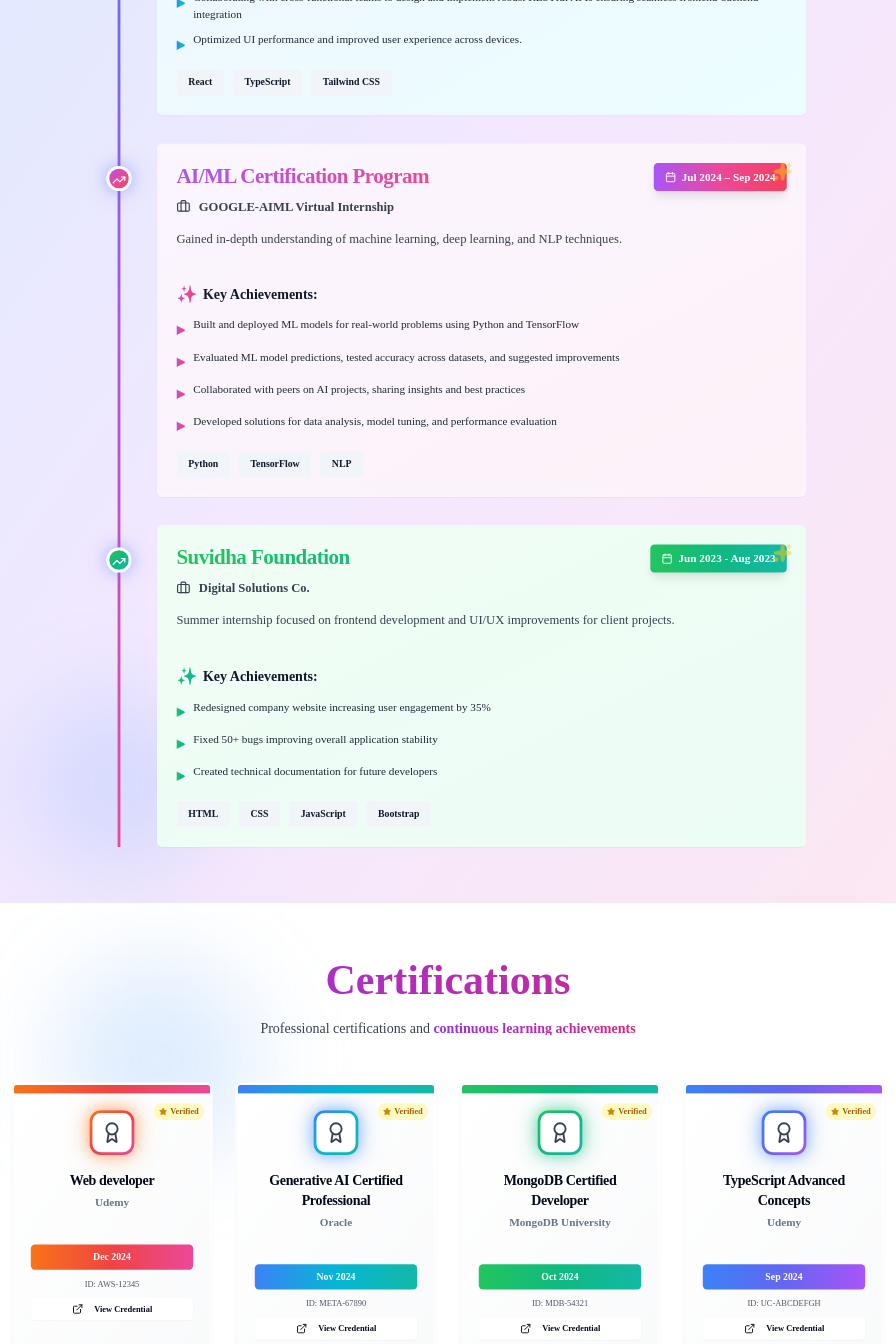
Repository: sm6746/PORTFOLIO
Page: /
The author's editor kept a copy of each file at every save. The page is drawn from the files as they stood at one save, then again after the next save.
The browser window is 1280 px wide. The pictures show the part of the page from y = 4580 to 6500 px (the page is 8357 px tall before and 8308 px after), at 70% of full size.
The project was rebuilt for these pictures with package versions that can differ from the ones it lists, and the page was loaded fresh each time. Also part of the build but not shown: vite.config.ts.

Above is the page before, as saved 2025-11-07 12:13:51.

### index.html
<!DOCTYPE html>
<html lang="en">
  <head>
    <meta charset="UTF-8" />
    <link rel="icon" type="image/svg+xml" href="/favicon.svg" />
    <meta name="viewport" content="width=device-width, initial-scale=1.0" />
    <title>Portfolio</title>
  </head>
  <body>
    <div id="root"></div>
    <script type="module" src="/app/main.tsx"></script>
  </body>
</html>

### app/main.tsx
import React from 'react'
import ReactDOM from 'react-dom/client'
import App from './app'
import './globals.css'

ReactDOM.createRoot(document.getElementById('root')!).render(
  <React.StrictMode>
    <App />
  </React.StrictMode>,
)

### app/app.tsx
import { ThemeProvider } from '@/lib/theme-context';
import { Header } from '@/components/header';
import { HeroSection } from '@/components/hero-section';
import { AboutSection } from '@/components/about-section';
import { SkillsSection } from '@/components/skills-section';
import { ProjectsSection } from '@/components/projects-section';
import { ExperienceSection } from '@/components/experience-section';
import { CertificationsSection } from '@/components/certifications-section';
import { ContactSection } from '@/components/contact-section';
import { Footer } from '@/components/footer';
import { ScrollToTop } from '@/components/scroll-to-top';

function App() {
  return (
    <ThemeProvider>
      <div className="min-h-screen bg-white dark:bg-gray-900 transition-colors duration-300">
        <Header />
        <main>
          <HeroSection />
          <AboutSection />
          <SkillsSection />
          <ProjectsSection />
          <ExperienceSection />
          <CertificationsSection />
          <ContactSection />
        </main>
        <Footer />
        <ScrollToTop />
      </div>
    </ThemeProvider>
  );
}

export default App;

### lib/theme-context.tsx
import React, { createContext, useContext, useEffect, useState } from 'react';

type Theme = 'light' | 'dark';

type ThemeContextType = {
  theme: Theme;
  toggleTheme: () => void;
};

const ThemeContext = createContext<ThemeContextType | undefined>(undefined);

export function ThemeProvider({ children }: { children: React.ReactNode }) {
  const [theme, setTheme] = useState<Theme>(() => {
    const stored = localStorage.getItem('portfolio-theme');
    return (stored as Theme) || 'light';
  });

  useEffect(() => {
    localStorage.setItem('portfolio-theme', theme);
    document.documentElement.classList.toggle('dark', theme === 'dark');
  }, [theme]);

  const toggleTheme = () => {
    setTheme(prev => (prev === 'light' ? 'dark' : 'light'));
  };

  return (
    <ThemeContext.Provider value={{ theme, toggleTheme }}>
      {children}
    </ThemeContext.Provider>
  );
}

export function useTheme() {
  const context = useContext(ThemeContext);
  if (!context) {
    throw new Error('useTheme must be used within ThemeProvider');
  }
  return context;
}

### components/experience-section.tsx
import { Card, CardContent, CardHeader, CardTitle } from '@/components/ui/card';
import { Badge } from '@/components/ui/badge';
import { Briefcase, Calendar, Sparkles, TrendingUp } from 'lucide-react';
import { useScrollAnimation } from '@/hooks/use-scroll-animation';

export function ExperienceSection() {
  const { ref, isVisible } = useScrollAnimation();

  const experiences = [
    {
      title: 'frontend Developer ',
      company: 'Bluestock Fintech',
      period: 'May 2025 – July 2025',
      description: 'Developing responsive web applications using React and TypeScript. Collaborating with design team to implement pixel-perfect UIs.',
      achievements: [
        ' Built responsive financial dashboards using Python and React.js and Tailwind CSS',
        'Collaborating with cross-functional teams to design and implement robust RESTful APIs ensuring seamless frontend-backend integration',
        'Optimized UI performance and improved user experience across devices.',

      ],
      tags: ['React', 'TypeScript', 'Tailwind CSS'],
      gradient: 'from-blue-500 via-cyan-500 to-teal-500',
      bgGradient: 'from-blue-50 to-cyan-50 dark:from-blue-950/50 dark:to-cyan-950/50',
    },
    {
      title: 'AI/ML Certification Program',
      company: 'GOOGLE-AIML Virtual Internship',
      period: 'Jul 2024 – Sep 2024',
      description: 'Gained in-depth understanding of machine learning, deep learning, and NLP techniques.',
      achievements: [
        'Built and deployed ML models for real-world problems using Python and TensorFlow',
        'Evaluated ML model predictions, tested accuracy across datasets, and suggested improvements',
        'Collaborated with peers on AI projects, sharing insights and best practices',
        'Developed solutions for data analysis, model tuning, and performance evaluation',
      ],
      tags: ['Python', 'TensorFlow', 'NLP'],
      gradient: 'from-purple-500 via-pink-500 to-rose-500',
      bgGradient: 'from-purple-50 to-pink-50 dark:from-purple-950/50 dark:to-pink-950/50',
    },
    {
      title: 'Suvidha Foundation',
      company: 'Digital Solutions Co.',
      period: 'Jun 2023 - Aug 2023',
      description: 'Summer internship focused on frontend development and UI/UX improvements for client projects.',
      achievements: [
        'Redesigned company website increasing user engagement by 35%',
        'Fixed 50+ bugs improving overall application stability',
        'Created technical documentation for future developers',
      ],
      tags: ['HTML', 'CSS', 'JavaScript', 'Bootstrap'],
      gradient: 'from-green-500 via-emerald-500 to-teal-500',
      bgGradient: 'from-green-50 to-emerald-50 dark:from-green-950/50 dark:to-emerald-950/50',
    },
  ];

  return (
    <section
      id="experience"
      ref={ref as React.RefObject<HTMLElement>}
      className="py-20 bg-gradient-to-br from-blue-100 via-purple-100 to-pink-100 dark:from-gray-800 dark:via-purple-900/10 dark:to-blue-900/10 relative overflow-hidden"
    >
      <div className="absolute top-10 right-10 w-64 h-64 bg-purple-400/20 rounded-full blur-3xl"></div>
      <div className="absolute bottom-10 left-10 w-64 h-64 bg-blue-400/20 rounded-full blur-3xl"></div>

      <div className="container mx-auto px-4 relative z-10">
        <div
          className={`transition-all duration-1000 ${
            isVisible ? 'opacity-100 translate-y-0' : 'opacity-0 translate-y-10'
          }`}
        >
          <h2 className="text-5xl md:text-6xl font-extrabold text-center mb-6 bg-gradient-to-r from-blue-600 via-purple-600 to-pink-600 dark:from-blue-400 dark:via-purple-400 dark:to-pink-400 bg-clip-text text-transparent animate-gradient">
            Experience
          </h2>
          <p className="text-center text-gray-700 dark:text-gray-300 mb-16 text-xl font-medium">
            My professional journey and <span className="text-transparent bg-clip-text bg-gradient-to-r from-purple-600 to-pink-600 font-bold">key achievements</span>
          </p>

          <div className="max-w-5xl mx-auto relative">
            <div className="absolute left-10 top-0 bottom-0 w-1 bg-gradient-to-b from-blue-500 via-purple-500 to-pink-500 hidden md:block shadow-lg"></div>

            <div className="space-y-10">
              {experiences.map((exp, index) => (
                <div
                  key={index}
                  className={`relative transition-all duration-1000 ${
                    isVisible ? 'opacity-100 translate-x-0' : 'opacity-0 -translate-x-10'
                  }`}
                  style={{ transitionDelay: `${index * 250}ms` }}
                >
                  <div className={`hidden md:block absolute left-6 top-8 w-9 h-9 rounded-full bg-gradient-to-br ${exp.gradient} border-4 border-white dark:border-gray-800 shadow-xl animate-pulse-glow z-10`}>
                    <TrendingUp className="h-5 w-5 text-white m-auto mt-1.5" />
                  </div>

                  <Card className={`md:ml-24 hover:shadow-2xl transition-all duration-500 transform hover:-translate-y-3 hover:scale-105 border-4 border-transparent hover:border-current bg-gradient-to-br ${exp.bgGradient} overflow-hidden`}>
                    <div className={`absolute inset-0 bg-gradient-to-br ${exp.gradient} opacity-0 group-hover:opacity-10 transition-opacity duration-500`}></div>
                    <CardHeader className="relative">
                      <div className="flex flex-wrap items-start justify-between gap-4 mb-3">
                        <div className="flex-1">
                          <CardTitle className={`text-3xl font-black mb-3 bg-gradient-to-r ${exp.gradient} bg-clip-text text-transparent`}>
                            {exp.title}
                          </CardTitle>
                          <div className="flex items-center gap-3 text-gray-700 dark:text-gray-300">
                            <Briefcase className="h-5 w-5" />
                            <span className="font-bold text-lg">{exp.company}</span>
                          </div>
                        </div>
                        <Badge variant="outline" className={`flex items-center gap-2 px-4 py-2 border-3 bg-gradient-to-r ${exp.gradient} text-white font-bold text-base shadow-lg`}>
                          <Calendar className="h-4 w-4" />
                          {exp.period}
                        </Badge>
                      </div>
                      <p className="text-gray-700 dark:text-gray-300 text-lg leading-relaxed">{exp.description}</p>
                      <Sparkles className="absolute top-4 right-4 h-7 w-7 text-yellow-400 fill-yellow-400 animate-pulse" />
                    </CardHeader>
                    <CardContent className="p-6 relative">
                      <h4 className="font-black mb-4 text-gray-900 dark:text-gray-100 text-xl flex items-center gap-2">
                        <span className={`text-2xl bg-gradient-to-r ${exp.gradient} bg-clip-text text-transparent`}>✨</span>
                        Key Achievements:
                      </h4>
                      <ul className="space-y-3 mb-5">
                        {exp.achievements.map((achievement, idx) => (
                          <li key={idx} className="flex items-start gap-3 text-gray-800 dark:text-gray-200 text-base">
                            <span className={`text-2xl font-bold bg-gradient-to-r ${exp.gradient} bg-clip-text text-transparent mt-0.5`}>▸</span>
                            <span>{achievement}</span>
                          </li>
                        ))}
                      </ul>
                      <div className="flex flex-wrap gap-3">
                        {exp.tags.map((tag, tagIndex) => (
                          <Badge key={tagIndex} variant="secondary" className="text-sm font-bold px-4 py-2 hover:scale-110 transition-transform">
                            {tag}
                          </Badge>
                        ))}
                      </div>
                    </CardContent>
                  </Card>
                </div>
              ))}
            </div>
          </div>
        </div>
      </div>
    </section>
  );
}

### components/footer.tsx
import { Github, Linkedin, Mail } from 'lucide-react';
import { Button } from '@/components/ui/button';

export function Footer() {
  return (
    <footer className="py-12 bg-gray-900 text-white">
      <div className="container mx-auto px-4">
        <div className="flex flex-col items-center gap-6">
          <div className="text-3xl font-bold bg-gradient-to-r from-blue-400 to-purple-400 bg-clip-text text-transparent">
            SHIVANI MEHRA
          </div>
          <p className="text-gray-400 text-center max-w-md">
            Building the future, one line of code at a time. Let's create something amazing together.
          </p>
          <div className="flex gap-4">
            <Button
              variant="ghost"
              size="icon"
              className="rounded-full hover:bg-blue-600/20 text-gray-300 hover:text-white transition-all"
            >
              <a
              href="https://github.com/sm6746"
              target="_blank"
              rel="noopener noreferrer"
            >
              <Github className="h-5 w-5" />
              </a>
            </Button>
            <Button
              variant="ghost"
              size="icon"
              className="rounded-full hover:bg-blue-600/20 text-gray-300 hover:text-white transition-all"
            >
              <a
              href="https://www.linkedin.com/in/shivani-mehra-/"
              target="_blank"
              rel="noopener noreferrer"
            >
              <Linkedin className="h-7 w-7" />
              </a>
            </Button>
            <Button
              variant="ghost"
              size="icon"
              className="rounded-full hover:bg-blue-600/20 text-gray-300 hover:text-white transition-all"
            >
              <a
              href="https://mail.google.com/mail/?view=cm&fs=1&to=shivanimehra22may@gmail.com"
              target="_blank"
              rel="noopener noreferrer"
            >
               <Mail className="h-5 w-5" />
              </a>

            </Button>
          </div>
          <div className="border-t border-gray-800 pt-6 w-full text-center">
            <p className="text-gray-500 text-sm">

            </p>
          </div>
        </div>
      </div>
    </footer>
  );
}

### components/scroll-to-top.tsx
import { Button } from '@/components/ui/button';
import { ArrowUp } from 'lucide-react';
import { useEffect, useState } from 'react';

export function ScrollToTop() {
  const [isVisible, setIsVisible] = useState(false);

  useEffect(() => {
    const toggleVisibility = () => {
      setIsVisible(window.scrollY > 500);
    };

    window.addEventListener('scroll', toggleVisibility);
    return () => window.removeEventListener('scroll', toggleVisibility);
  }, []);

  const scrollToTop = () => {
    window.scrollTo({ top: 0, behavior: 'smooth' });
  };

  if (!isVisible) return null;

  return (
    <Button
      onClick={scrollToTop}
      size="icon"
      className="fixed bottom-8 right-8 z-50 rounded-full shadow-lg bg-gradient-to-r from-blue-600 to-purple-600 hover:from-blue-700 hover:to-purple-700 animate-bounce"
    >
      <ArrowUp className="h-5 w-5" />
    </Button>
  );
}

### components/ui/button.tsx
import * as React from "react"
import { Slot } from "@radix-ui/react-slot"
import { cva, type VariantProps } from "class-variance-authority"

import { cn } from "@/lib/utlis"

const buttonVariants = cva(
  "inline-flex items-center justify-center gap-2 whitespace-nowrap rounded-md text-sm font-medium transition-colors focus-visible:outline-none focus-visible:ring-1 focus-visible:ring-ring disabled:pointer-events-none disabled:opacity-50 [&_svg]:pointer-events-none [&_svg]:size-4 [&_svg]:shrink-0",
  {
    variants: {
      variant: {
        default:
          "bg-primary text-primary-foreground shadow hover:bg-primary/90",
        destructive:
          "bg-destructive text-destructive-foreground shadow-sm hover:bg-destructive/90",
        outline:
          "border border-input bg-background shadow-sm hover:bg-accent hover:text-accent-foreground",
        secondary:
          "bg-secondary text-secondary-foreground shadow-sm hover:bg-secondary/80",
        ghost: "hover:bg-accent hover:text-accent-foreground",
        link: "text-primary underline-offset-4 hover:underline",
      },
      size: {
        default: "h-9 px-4 py-2",
        sm: "h-8 rounded-md px-3 text-xs",
        lg: "h-10 rounded-md px-8",
        icon: "h-9 w-9",
      },
    },
    defaultVariants: {
      variant: "default",
      size: "default",
    },
  }
)

export interface ButtonProps
  extends React.ButtonHTMLAttributes<HTMLButtonElement>,
    VariantProps<typeof buttonVariants> {
  asChild?: boolean
}

const Button = React.forwardRef<HTMLButtonElement, ButtonProps>(
  ({ className, variant, size, asChild = false, ...props }, ref) => {
    const Comp = asChild ? Slot : "button"
    return (
      <Comp
        className={cn(buttonVariants({ variant, size, className }))}
        ref={ref}
        {...props}
      />
    )
  }
)
Button.displayName = "Button"

export { Button, buttonVariants }

### hooks/use-scroll-animation.ts
import { useEffect, useRef, useState } from 'react';

export function useScrollAnimation() {
  const ref = useRef<HTMLElement>(null);
  const [isVisible, setIsVisible] = useState(false);

  useEffect(() => {
    const observer = new IntersectionObserver(
      ([entry]) => {
        if (entry.isIntersecting) {
          setIsVisible(true);
        }
      },
      { threshold: 0.1 }
    );

    if (ref.current) {
      observer.observe(ref.current);
    }

    return () => {
      if (ref.current) {
        observer.unobserve(ref.current);
      }
    };
  }, []);

  return { ref, isVisible };
}

### components/ui/card.tsx
import * as React from "react"

import { cn } from "@/lib/utlis"

const Card = React.forwardRef<
  HTMLDivElement,
  React.HTMLAttributes<HTMLDivElement>
>(({ className, ...props }, ref) => (
  <div
    ref={ref}
    className={cn(
      "rounded-lg border bg-card text-card-foreground shadow-sm",
      className,
    )}
    {...props}
  />
))
Card.displayName = "Card"

const CardHeader = React.forwardRef<
  HTMLDivElement,
  React.HTMLAttributes<HTMLDivElement>
>(({ className, ...props }, ref) => (
  <div
    ref={ref}
    className={cn("flex flex-col space-y-1.5 p-6", className)}
    {...props}
  />
))
CardHeader.displayName = "CardHeader"

const CardTitle = React.forwardRef<
  HTMLParagraphElement,
  React.HTMLAttributes<HTMLHeadingElement>
>(({ className, ...props }, ref) => (
  <h3
    ref={ref}
    className={cn(
      "text-2xl font-semibold leading-none tracking-tight",
      className,
    )}
    {...props}
  />
))
CardTitle.displayName = "CardTitle"

const CardDescription = React.forwardRef<
  HTMLParagraphElement,
  React.HTMLAttributes<HTMLParagraphElement>
>(({ className, ...props }, ref) => (
  <p
    ref={ref}
    className={cn("text-sm text-muted-foreground", className)}
    {...props}
  />
))
CardDescription.displayName = "CardDescription"

const CardContent = React.forwardRef<
  HTMLDivElement,
  React.HTMLAttributes<HTMLDivElement>
>(({ className, ...props }, ref) => (
  <div ref={ref} className={cn("p-6 pt-0", className)} {...props} />
))
CardContent.displayName = "CardContent"

const CardFooter = React.forwardRef<
  HTMLDivElement,
  React.HTMLAttributes<HTMLDivElement>
>(({ className, ...props }, ref) => (
  <div
    ref={ref}
    className={cn("flex items-center p-6 pt-0", className)}
    {...props}
  />
))
CardFooter.displayName = "CardFooter"

export { Card, CardHeader, CardFooter, CardTitle, CardDescription, CardContent }

### components/ui/badge.tsx
import * as React from "react"
import { cva, type VariantProps } from "class-variance-authority"

import { cn } from "@/lib/utlis"

const badgeVariants = cva(
  "inline-flex items-center rounded-md border px-2.5 py-0.5 text-xs font-semibold transition-colors focus:outline-none focus:ring-2 focus:ring-ring focus:ring-offset-2",
  {
    variants: {
      variant: {
        default:
          "border-transparent bg-primary text-primary-foreground shadow hover:bg-primary/80",
        secondary:
          "border-transparent bg-secondary text-secondary-foreground hover:bg-secondary/80",
        destructive:
          "border-transparent bg-destructive text-destructive-foreground shadow hover:bg-destructive/80",
        outline: "text-foreground",
      },
    },
    defaultVariants: {
      variant: "default",
    },
  }
)

export interface BadgeProps
  extends React.HTMLAttributes<HTMLDivElement>,
    VariantProps<typeof badgeVariants> {}

function Badge({ className, variant, ...props }: BadgeProps) {
  return (
    <div className={cn(badgeVariants({ variant }), className)} {...props} />
  )
}

export { Badge, badgeVariants }

### components/ui/input.tsx
import * as React from "react"

import { cn } from "@/lib/utlis"

const Input = React.forwardRef<HTMLInputElement, React.ComponentProps<"input">>(
  ({ className, type, ...props }, ref) => {
    return (
      <input
        type={type}
        className={cn(
          "flex h-9 w-full rounded-md border border-input bg-transparent px-3 py-1 text-base shadow-sm transition-colors file:border-0 file:bg-transparent file:text-sm file:font-medium file:text-foreground placeholder:text-muted-foreground focus-visible:outline-none focus-visible:ring-1 focus-visible:ring-ring disabled:cursor-not-allowed disabled:opacity-50 md:text-sm",
          className
        )}
        ref={ref}
        {...props}
      />
    )
  }
)
Input.displayName = "Input"

export { Input }

### components/ui/textarea.tsx
import * as React from "react"

import { cn } from "@/lib/utlis"

const Textarea = React.forwardRef<
  HTMLTextAreaElement,
  React.ComponentProps<"textarea">
>(({ className, ...props }, ref) => {
  return (
    <textarea
      className={cn(
        "flex min-h-[60px] w-full rounded-md border border-input bg-transparent px-3 py-2 text-base shadow-sm placeholder:text-muted-foreground focus-visible:outline-none focus-visible:ring-1 focus-visible:ring-ring disabled:cursor-not-allowed disabled:opacity-50 md:text-sm",
        className
      )}
      ref={ref}
      {...props}
    />
  )
})
Textarea.displayName = "Textarea"

export { Textarea }

Loaded but not shown: lib/utlis.tsx (common file); tailwind.config.js (62 lines, source omitted); components/projects-section.tsx (180 lines, source omitted); components/contact-section.tsx (144 lines, source omitted); components/certifications-section.tsx (150 lines, source omitted); components/hero-section.tsx (124 lines, source omitted); components/about-section.tsx (79 lines, source omitted); components/skills-section.tsx (112 lines, source omitted); components/header.tsx (82 lines, source omitted); app/globals.css (115 lines, source omitted)

After the next save:
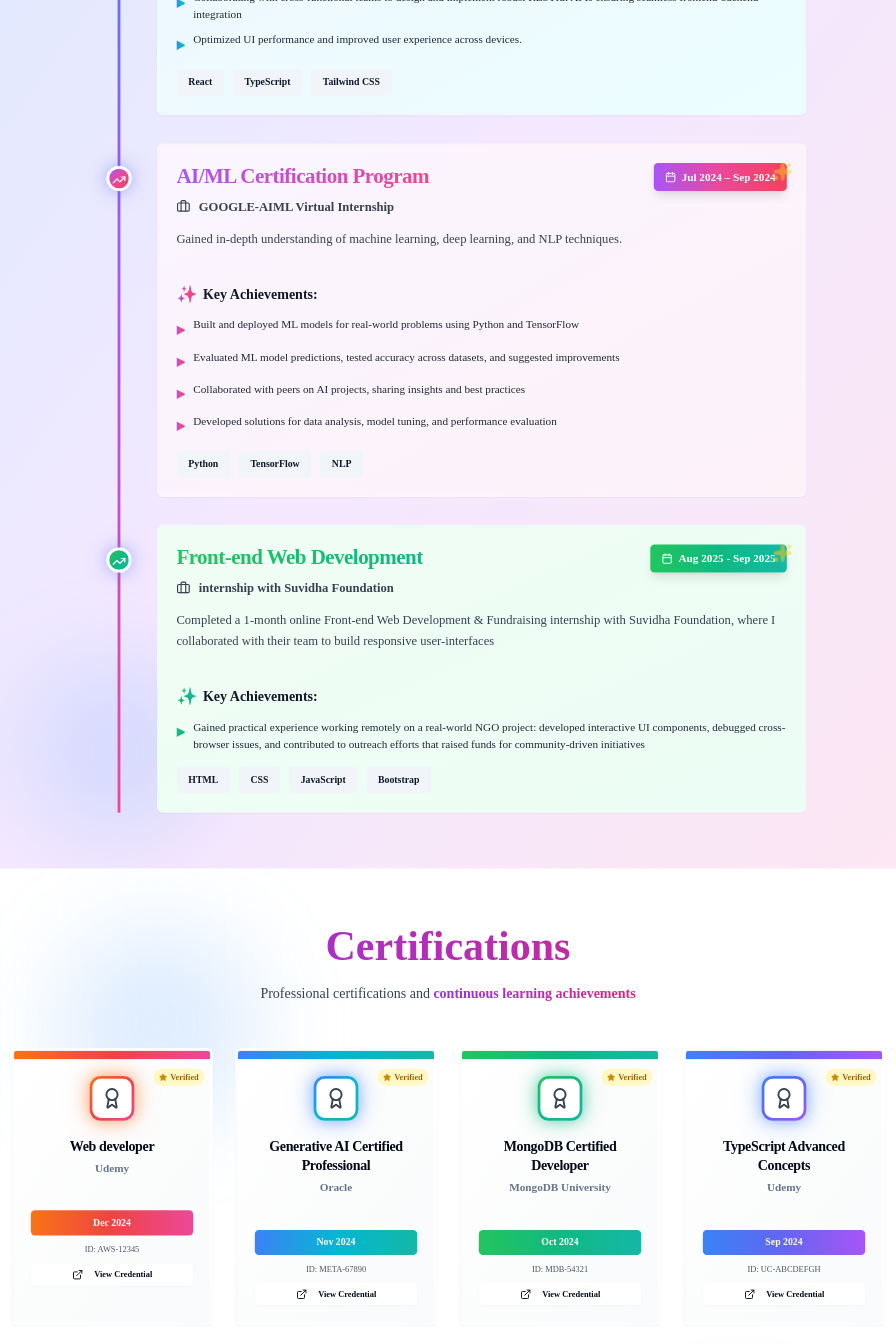
Saved 4 min 27 s later.
--- a/components/experience-section.tsx
+++ b/components/experience-section.tsx
@@ -38,14 +38,12 @@ export function ExperienceSection() {
       bgGradient: 'from-purple-50 to-pink-50 dark:from-purple-950/50 dark:to-pink-950/50',
     },
     {
-      title: 'Suvidha Foundation',
-      company: 'Digital Solutions Co.',
-      period: 'Jun 2023 - Aug 2023',
-      description: 'Summer internship focused on frontend development and UI/UX improvements for client projects.',
+      title: 'Front-end Web Development',
+      company: 'internship with Suvidha Foundation',
+      period: 'Aug 2025 - Sep 2025',
+      description: 'Completed a 1‐month online Front-end Web Development & Fundraising internship with Suvidha Foundation, where I collaborated with their team to build responsive user-interfaces',
       achievements: [
-        'Redesigned company website increasing user engagement by 35%',
-        'Fixed 50+ bugs improving overall application stability',
-        'Created technical documentation for future developers',
+        'Gained practical experience working remotely on a real-world NGO project: developed interactive UI components, debugged cross-browser issues, and contributed to outreach efforts that raised funds for community-driven initiatives',
       ],
       tags: ['HTML', 'CSS', 'JavaScript', 'Bootstrap'],
       gradient: 'from-green-500 via-emerald-500 to-teal-500',
